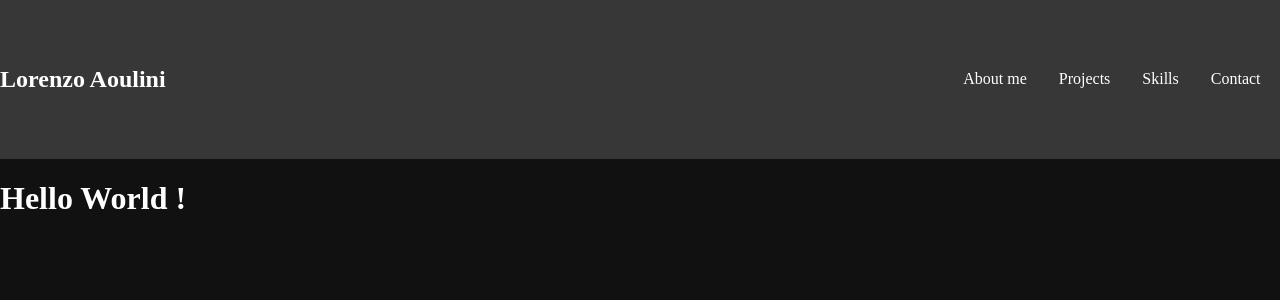
Repository: lolo298/lolo298.github.io
Page: index.html
An editor plug-in stored every save of this project. The page is shown before and after the next save, followed by the edit.
The browser window is 1280 px wide. The pictures show the whole page.

Above is the page before, as saved 2022-05-09 17:20:45.

After the next save:
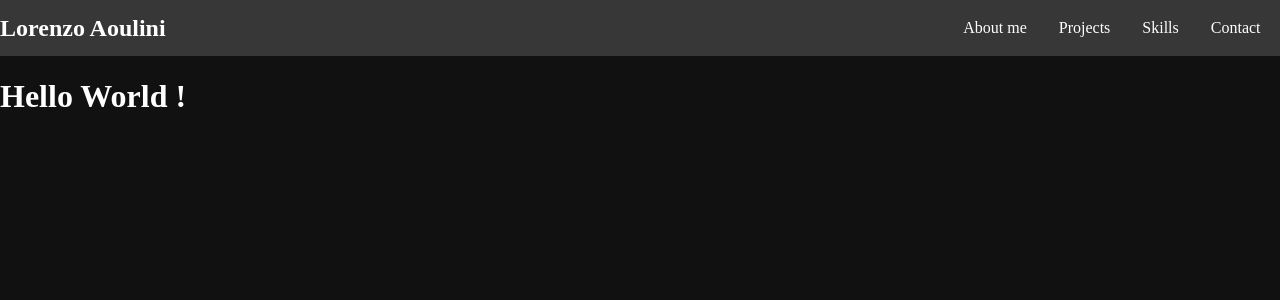
Saved 13 s later.
--- a/css/style.css
+++ b/css/style.css
@@ -20,7 +20,7 @@ body {
     display: flex;
     justify-content: space-between;
     align-items: center;
-    padding: 5% 0% 5% 0%;
+    padding: 1% 0% 1% 0%;
 }
 
 .main-navbar>* {
